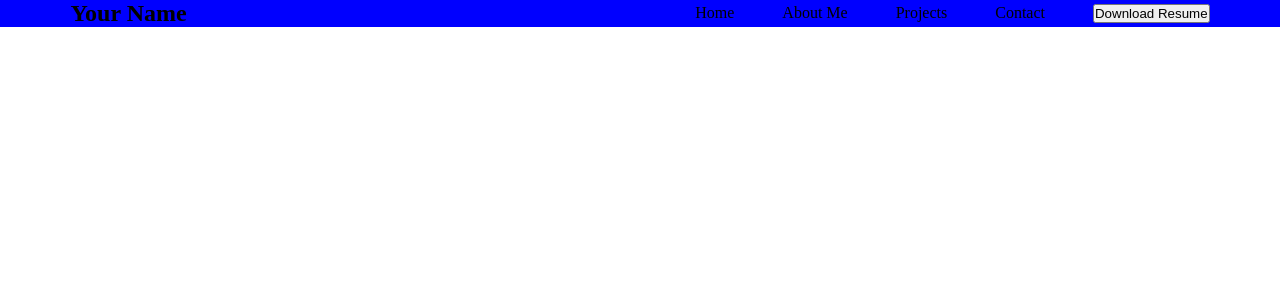
Repository: DevAntonioRogers/vanilla-portfolio
Page: index.html
These files come from the project's save history. The page is drawn as it stood at one moment and after the next save; the edit follows.
The browser window is 1280 px wide. The pictures show the whole page.

Above is the page before, as saved 2023-07-12 14:13:58.

### index.html
<!DOCTYPE html>
<html lang="en">
  <head>
    <meta charset="UTF-8" />
    <meta name="viewport" content="width=device-width, initial-scale=1.0" />
    <link rel="stylesheet" href="style.css" />
    <title>Antonio Rogers</title>
  </head>
  <body>
    <nav>
      <div class="container navbar">
        <a href="/" aria-label="Home"> <h1>Your Name</h1></a>
        <ul>
          <li>
            <a href="/" aria-label="Home">Home</a>
          </li>
          <li>
            <a href="/" aria-label="About Me">About Me</a>
          </li>
          <li>
            <a href="/" aria-label="Projects">Projects</a>
          </li>
          <li>
            <a href="/" aria-label="Contact">Contact</a>
          </li>
          <li>
            <a href="/resume.pdf" download aria-label="Download Resume">
              <button>Download Resume</button>
            </a>
          </li>
        </ul>
      </div>
    </nav>
  </body>
</html>

### style.css
* {
  box-sizing: border-box;
  padding: 0;
  margin: 0;
}

a {
  text-decoration: none;
  color: inherit;
}

li {
  list-style: none;
}

.container {
  width: 89%;
  margin: auto;
}

nav {
  background-color: blue;
}

.navbar {
  display: flex;
  justify-content: space-between;
  align-items: center;
  background-color: transparent;
}

.navbar ul {
  display: flex;
  gap: 3rem;
}

After the next save:
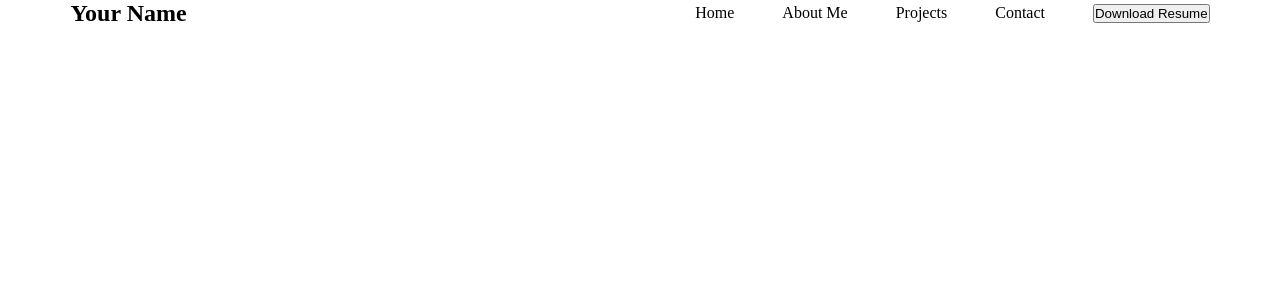
Saved 9 s later.
--- a/style.css
+++ b/style.css
@@ -20,13 +20,13 @@ li {
 
 nav {
   background-color: blue;
+  background-color: transparent;
 }
 
 .navbar {
   display: flex;
   justify-content: space-between;
   align-items: center;
-  background-color: transparent;
 }
 
 .navbar ul {
